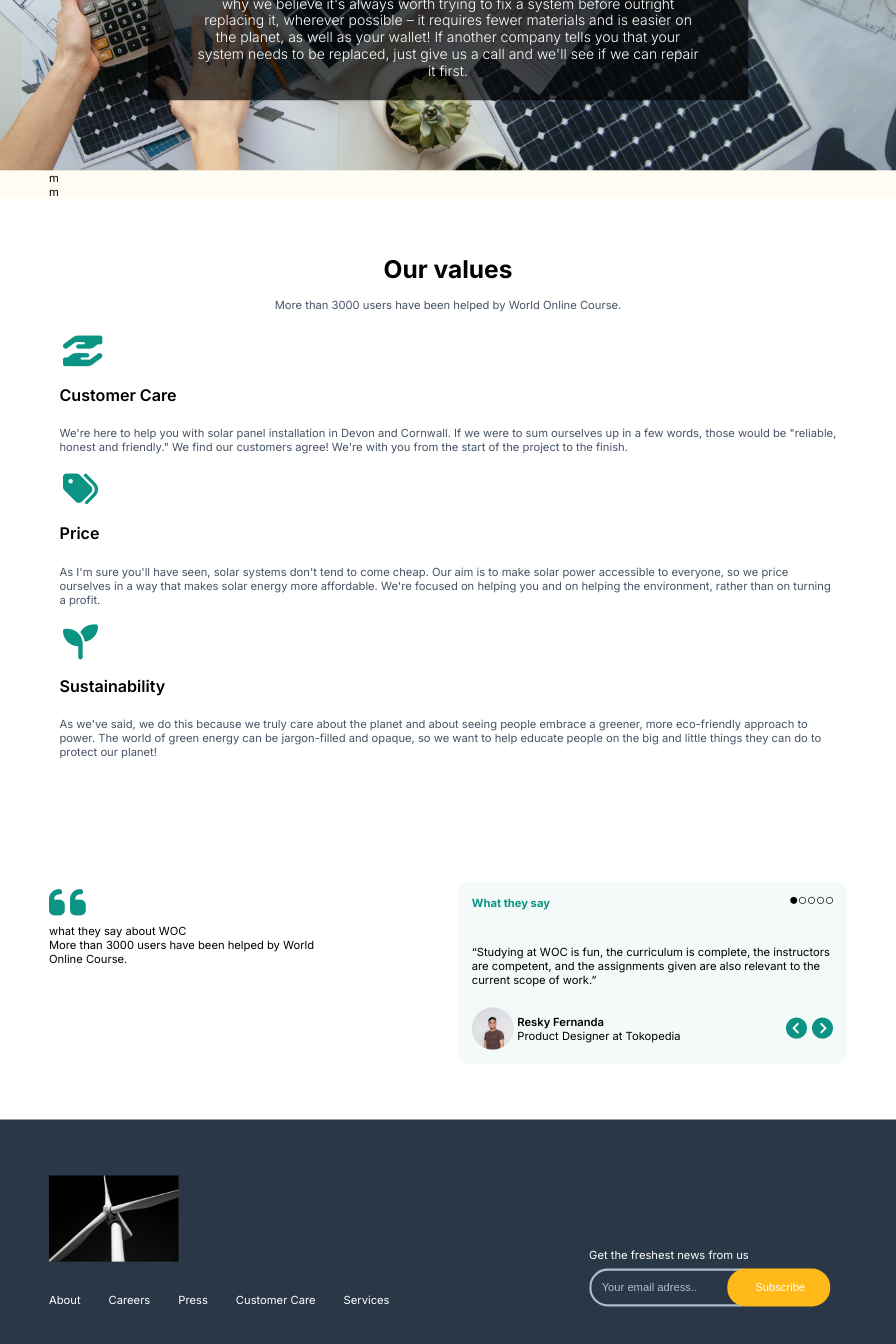
Repository: zeinawady/Solar-Company-Template
Page: index.html
An editor plug-in stored every save of this project. The page is shown before and after a run of saves, followed by the edit.
The browser window is 1280 px wide. The pictures show the part of the page from y = 2916 to 4836 px (the page is 4982 px tall before and 4962 px after), at 70% of full size.
Some web fonts or font styles are not loaded; a fallback is used.

Above is the page before, as saved 2024-09-21 14:54:03.

After the next 2 saves:
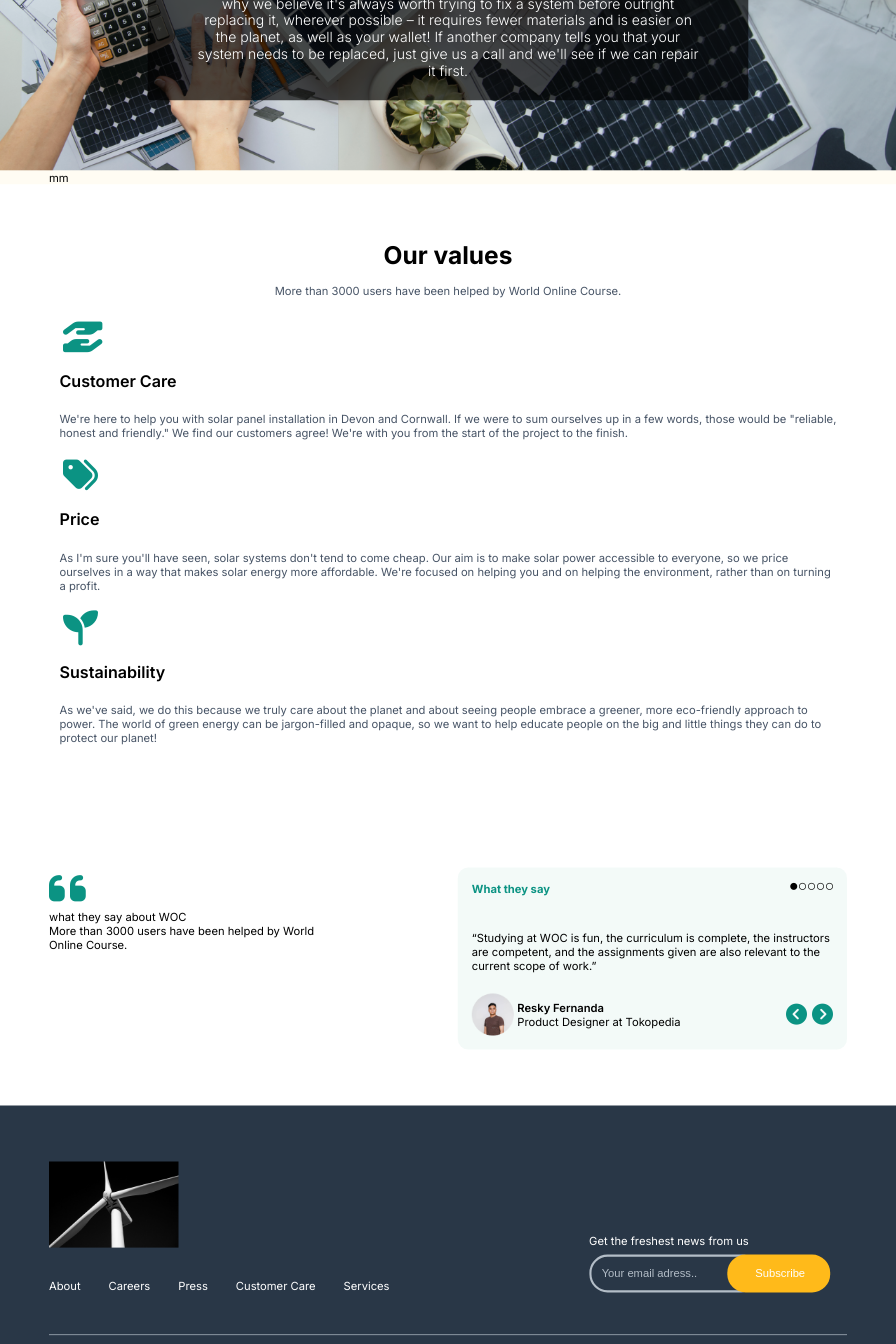
The 2 saves are shown as one change because they came seconds apart.
The last was saved 28 s later.
--- a/css/style.css
+++ b/css/style.css
@@ -486,6 +486,9 @@ progress::-webkit-progress-value {
 .energy{
     background-color: hsla(42, 100%, 55%, 0.05);
 }
+.energy .container{
+    display: flex;
+}
 /* end energy */
 
 /* start value */
